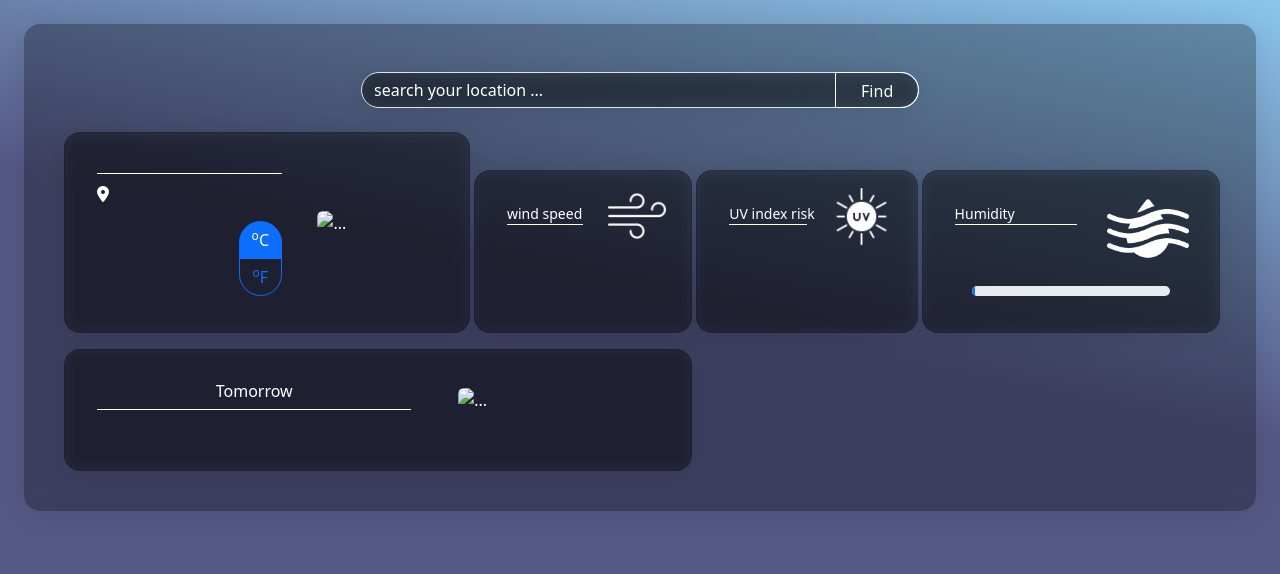
Repository: Mohamed-Farraj/weather-JS5
Page: index.html
The author's editor kept a copy of each file at every save. The page is drawn from the files as they stood at one save, then again after the next save.
The browser window is 1280 px wide. The pictures show the whole page.
The page's requests for data from a server got no answer.

Above is the page before, as saved 2025-07-01 12:18:13.

After the next save:
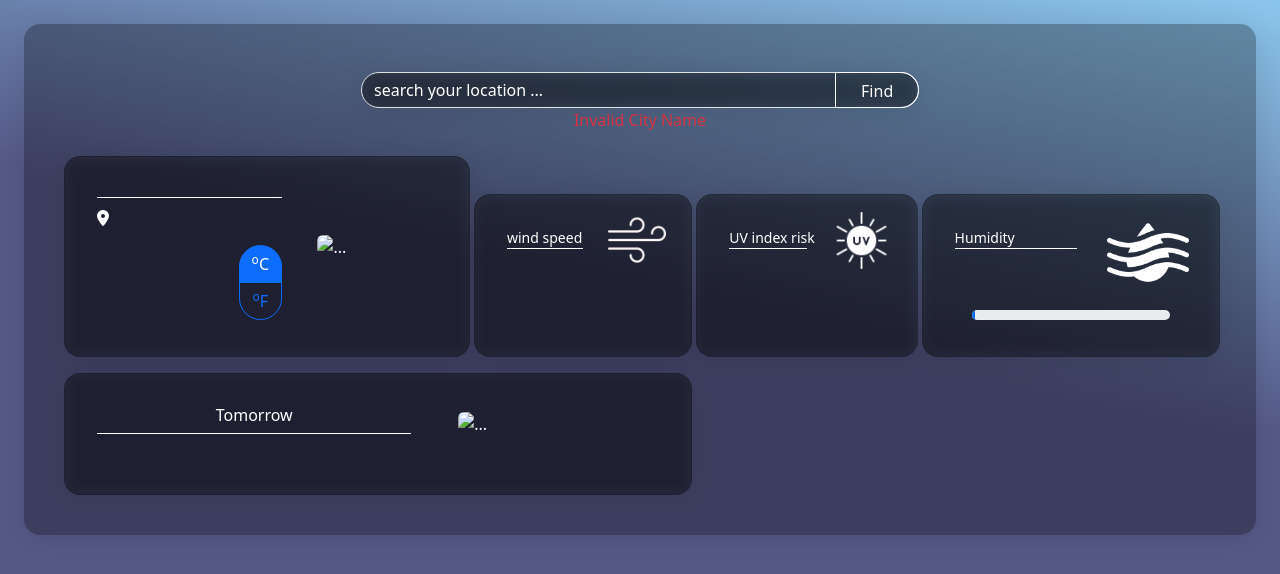
Saved 14 s later.
--- a/script/script.js
+++ b/script/script.js
@@ -507,7 +507,8 @@
   }
   getCurrent(userLocation);
   } catch (error) {
-
+     console.log("Error getting location, defaulting to London", error);
+    getCurrent("london");
   }
 }
 

After the 2 saves that followed:
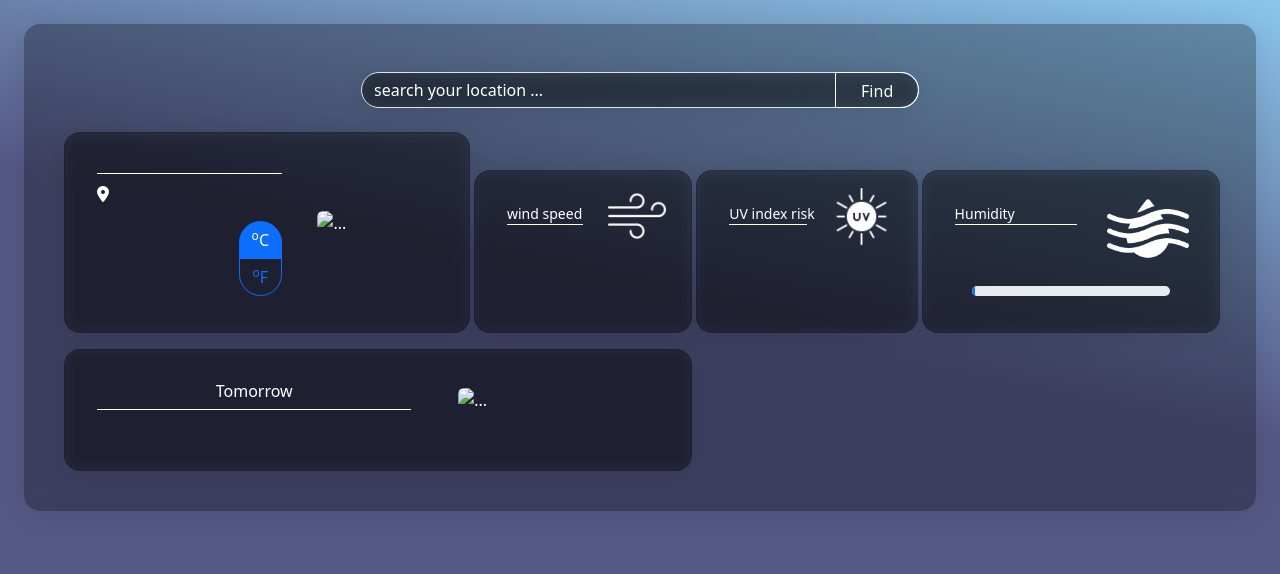
The 2 saves are shown as one change because 1 left the picture as it was.
The last was saved 2 min 33 s later.
--- a/index.html
+++ b/index.html
@@ -50,7 +50,7 @@
         </form>
 
         </div>
-        <span class="text-danger d-none" id="errr" >Invalid City Name</span>
+        <span class="text-danger d-none" id="errr" ></span>
       </div>
     </nav>
     <div class="container-fluid firstrow d-flex justify-content-between">
--- a/script/script.js
+++ b/script/script.js
@@ -505,7 +505,6 @@
   } else {
     getCurrent("london");
   }
-  getCurrent(userLocation);
   } catch (error) {
      console.log("Error getting location, defaulting to London", error);
     getCurrent("london");
